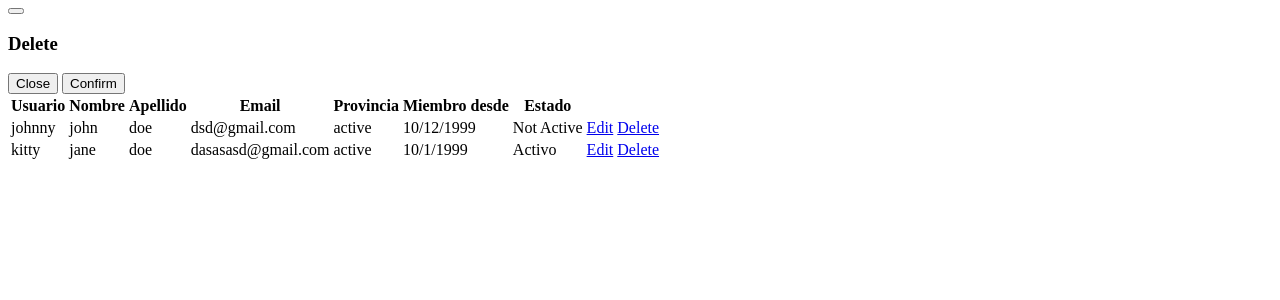
Repository: SabitDeepto/Chitra
Page: CRUD/templates/index.html
The author's editor kept a copy of each file at every save. The page is drawn from the files as they stood at one save, then again after the next save.
The browser window is 1280 px wide. The pictures show the whole page.
The template is drawn by Django 2.2. The application's start-up code is not run. Other server files are loaded and not shown. The template is opened directly, without the code that normally fills it, so the values that code supplies are empty.

Above is the page before, as saved 2019-01-08 12:23:56.

### CRUD/templates/index.html
{% comment %} {% for x in ex %}
<div class="container">
<a href = '#'>{{x.name}}<br>
</div>
 <p>My mother has <span style="color:blue">blue</span> eyes.</p>
{% endfor %} {% endcomment %}

<div id="myModal" class="modal hide fade" tabindex="-1" role="dialog" aria-labelledby="myModalLabel" aria-hidden="true">
                        <div class="modal-header">
                            <button type="button" class="close" data-dismiss="modal" aria-hidden="true"></button>
                            <h3 id="myModalLabel">Delete</h3>
                        </div>
                        <div class="modal-body">
                            <p></p>
                        </div>
                        <div class="modal-footer">
                            <button class="btn" data-dismiss="modal" aria-hidden="true">Close</button>
                            <button data-dismiss="modal" class="btn red" id="btnYes">Confirm</button>
                        </div>
   </div><table class="table table-striped table-hover table-users">
    			<thead>
    				<tr>

    					<th class="hidden-phone">Usuario</th>
    					<th>Nombre</th>
    					<th>Apellido</th>
    					<th class="hidden-phone">Email</th>
    					<th class="hidden-phone">Provincia</th>
    					<th class="hidden-phone">Miembro desde</th>
    					<th>Estado</th>
    					<th></th>
    					<th></th>
    				</tr>
    			</thead>

    			<tbody>

    				<tr>

    					<td class="hidden-phone">johnny</td>
    					<td>john</td>
    					<td>doe</td>
    					<td class="hidden-phone">dsd@gmail.com</td>
    					<td class="hidden-phone">active</td>
                      <td class="hidden-phone">10/12/1999</td>

                    	<td><span class="label label-warning">Not Active</span></td>

    					<td><a class="btn mini blue-stripe" href="{site_url()}admin/editFront/1">Edit</a></td>

                        <td><a href="#" class="confirm-delete btn mini red-stripe" role="button" data-title="johnny" data-id="1">Delete</a></td>
                    </tr>
					<tr>

    					<td class="hidden-phone">kitty</td>
    					<td>jane</td>
    					<td>doe</td>
    					<td class="hidden-phone">dasasasd@gmail.com</td>
    					<td class="hidden-phone">active</td>
                      <td class="hidden-phone">10/1/1999</td>

                    	<td><span class="label label-danger">Activo</span></td>

    					<td><a class="btn mini blue-stripe" href="{site_url()}admin/editFront/2">Edit</a></td>

                        <td><a href="#" class="confirm-delete btn mini red-stripe" role="button" data-title="kitty" data-id="2">Delete</a></td>
                    </tr>

	               </tbody>

    		</table>

After the next save:
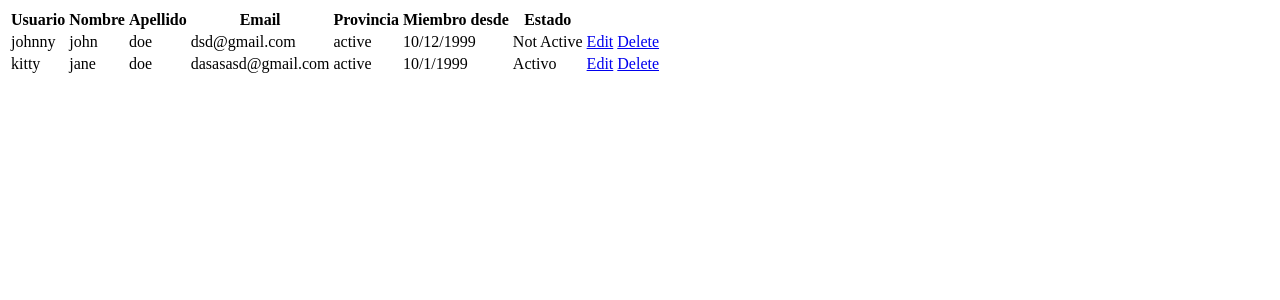
Saved 79 s later.
--- a/CRUD/templates/index.html
+++ b/CRUD/templates/index.html
@@ -5,18 +5,7 @@
  <p>My mother has <span style="color:blue">blue</span> eyes.</p>
 {% endfor %} {% endcomment %}
 
-<div id="myModal" class="modal hide fade" tabindex="-1" role="dialog" aria-labelledby="myModalLabel" aria-hidden="true">
-                        <div class="modal-header">
-                            <button type="button" class="close" data-dismiss="modal" aria-hidden="true"></button>
-                            <h3 id="myModalLabel">Delete</h3>
-                        </div>
-                        <div class="modal-body">
-                            <p></p>
-                        </div>
-                        <div class="modal-footer">
-                            <button class="btn" data-dismiss="modal" aria-hidden="true">Close</button>
-                            <button data-dismiss="modal" class="btn red" id="btnYes">Confirm</button>
-                        </div>
+
    </div><table class="table table-striped table-hover table-users">
     			<thead>
     				<tr>
@@ -68,4 +57,4 @@
 
 	               </tbody>
 
-    		</table>
+</table>
